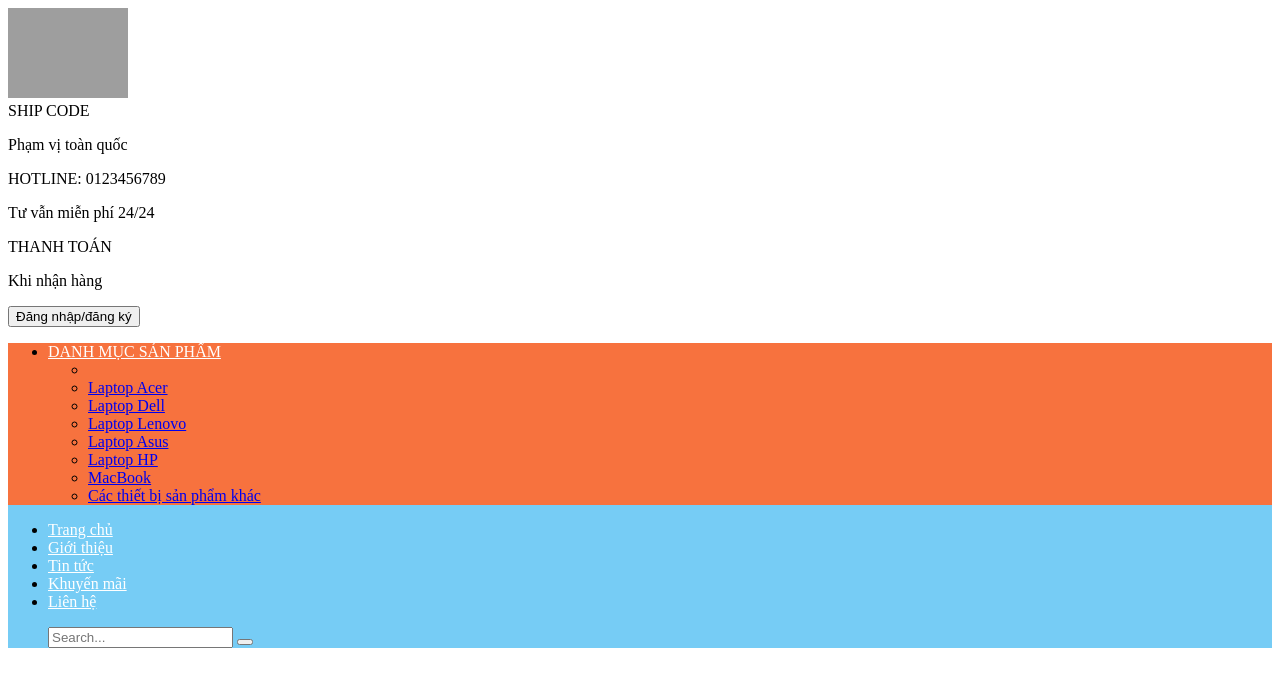
Repository: dhuNn103/DA
Page: http://localhost/CPT/all/homeHeader.jsp
These files come from the project's save history. The page is drawn as it stood at one moment and after the next save; the edit follows.
The browser window is 1280 px wide. The pictures show the whole page.
Pictures or frames that could not be fetched are drawn as grey boxes. The page is served by Tomcat 9.

Above is the page before, as saved 2024-05-24 00:36:19.

After the next save:
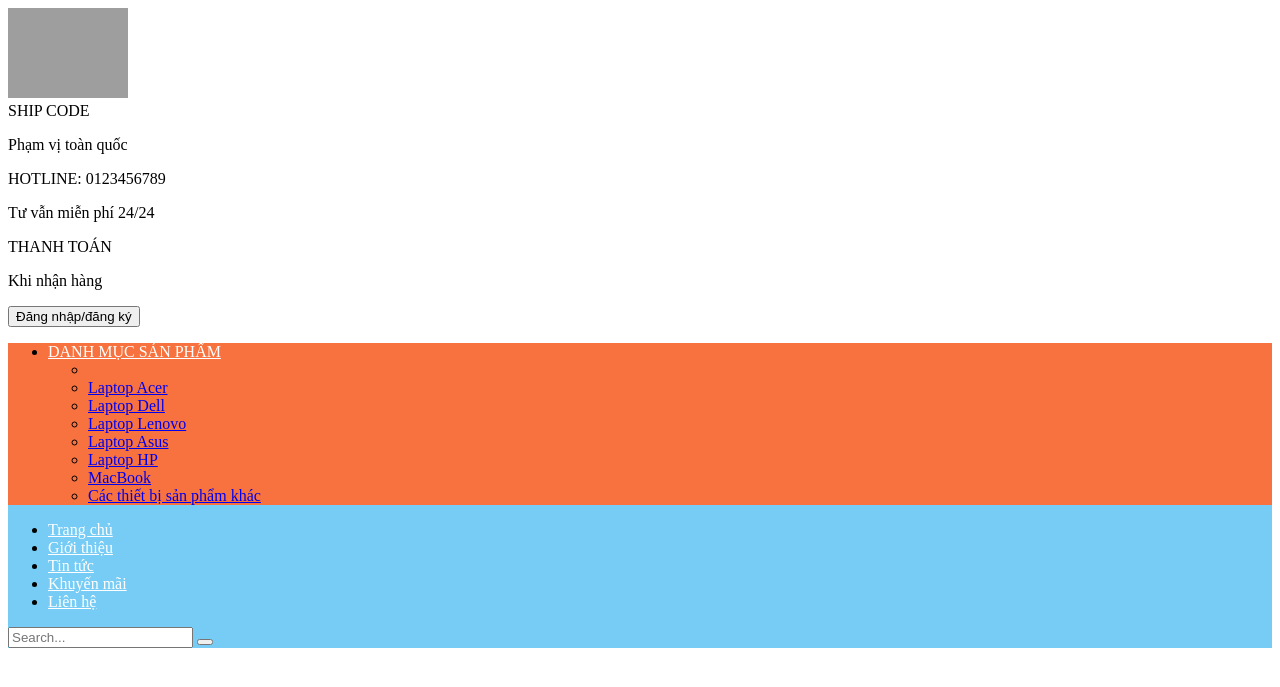
Saved 108 s later.
--- a/workspace/CPT/src/main/webapp/all/homeHeader.jsp
+++ b/workspace/CPT/src/main/webapp/all/homeHeader.jsp
@@ -22,7 +22,8 @@
 .sea:hover {
 	background-color: #f7723e;
 }
-.active{
+
+.active {
 	background-color: #f7723e;
 }
 </style>
@@ -105,7 +106,8 @@
 						<div class="col-md-2">
 							<div class="row">
 								<div class="fs-3 p-1">
-									<a href="giohang"> <i class="fa-solid fa-cart-shopping text-dark"></i>
+									<a href="giohang"> <i
+										class="fa-solid fa-cart-shopping text-dark"></i>
 									</a>
 								</div>
 							</div>
@@ -180,17 +182,30 @@
 							</ul>
 						</nav>
 					</div>
+					<!-- 					<div class="col-md-3 pt-1"> -->
+					<!-- 						<nav class="navbar navbar-expand-sm justify-content-end"> -->
+					<!-- 							<ul class="navbar-nav"> -->
+					<!-- 								<form action="" method="" class="d-flex"> -->
+					<!-- 									<input value="" type="text" name="txt" class="form-control me-2"  -->
+					<!-- 										placeholder="Search..." aria-label="Search"> -->
+					<!-- 									<button class="btn btn-light sea" type="submit"> -->
+					<!-- 										<i class="fa-solid fa-magnifying-glass "></i> -->
+					<!-- 									</button> -->
+					<!-- 								</form> -->
+					<!-- 							</ul> -->
+					<!-- 						</nav> -->
+					<!-- 					</div> -->
 					<div class="col-md-3 pt-1">
-						<nav class="navbar navbar-expand-sm justify-content-end">
-							<ul class="navbar-nav">
-								<form action="" method="" class="d-flex">
-									<input value="" type="text" name="txt" class="form-control me-2"
-										placeholder="Search..." aria-label="Search">
-									<button class="btn btn-light sea" type="submit">
-										<i class="fa-solid fa-magnifying-glass "></i>
-									</button>
-								</form>
-							</ul>
+						<nav class="navbar navbar-expand-sm justify-content-end"
+							role="navigation">
+							<form action="search_results.html" method="get" class="d-flex">
+								<input value="" type="text" name="txt" class="form-control me-2"
+									placeholder="Search..." aria-label="Search">
+								<button class="btn btn-light sea" type="submit"
+									aria-label="Submit search">
+									<i class="fa-solid fa-magnifying-glass"></i>
+								</button>
+							</form>
 						</nav>
 					</div>
 				</div>
